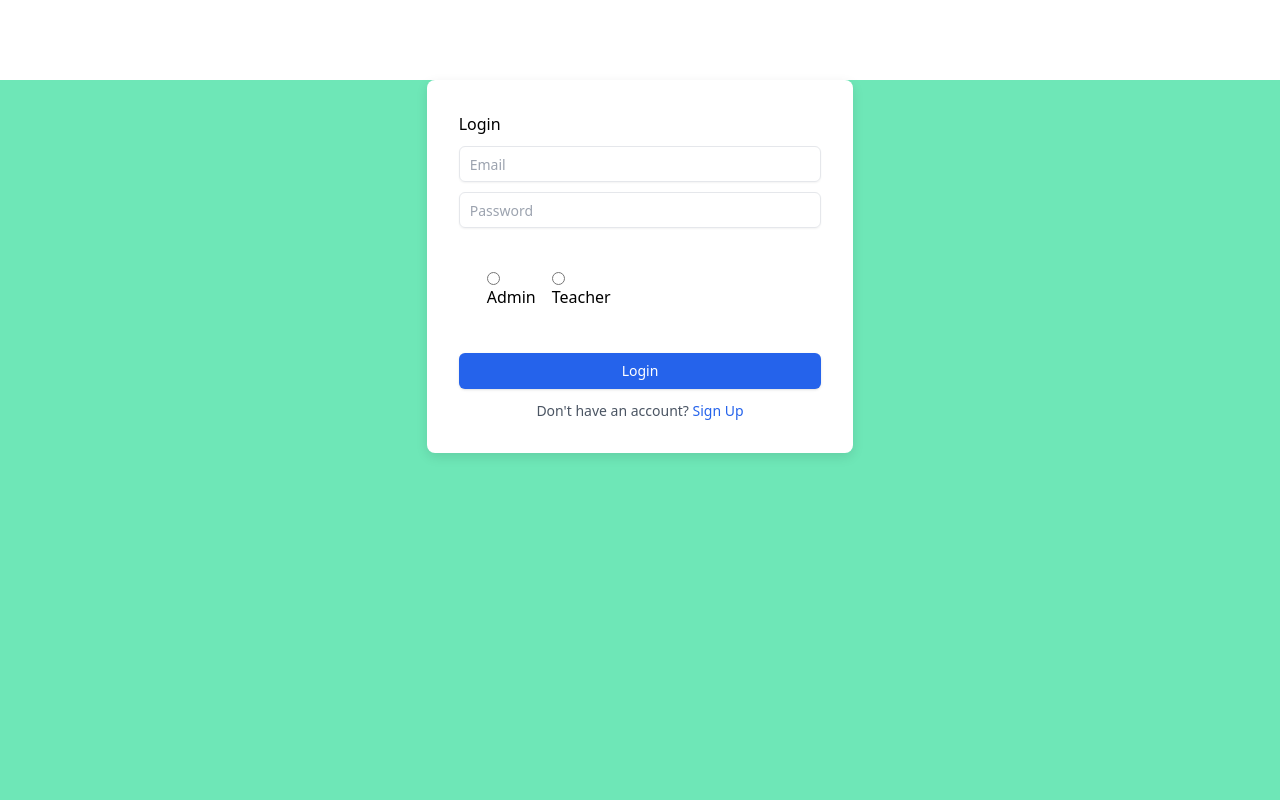
Repository: Haseeb467/Faculty-Online-data
Page: /
The author's editor kept a copy of each file at every save. The page is drawn from the files as they stood at one save, then again after the next save.
The browser window is 1280 px wide. The pictures show the whole page.
The project was rebuilt for these pictures with package versions that can differ from the ones it lists, and the page was loaded fresh each time. Also part of the build but not shown: vite.config.ts, src/Components/Sidebar.tsx, src/Admin/EditTeacher/EditTeacher.tsx, src/Pages/mainPage/MainPageItems.tsx, src/Components/Loader.css, src/Components/Hourglass.tsx, src/Components/NavBar.tsx, src/Components/AdminLayout.tsx and 12 more.

Above is the page before, as saved 2024-12-29 15:04:08.

After the next save:
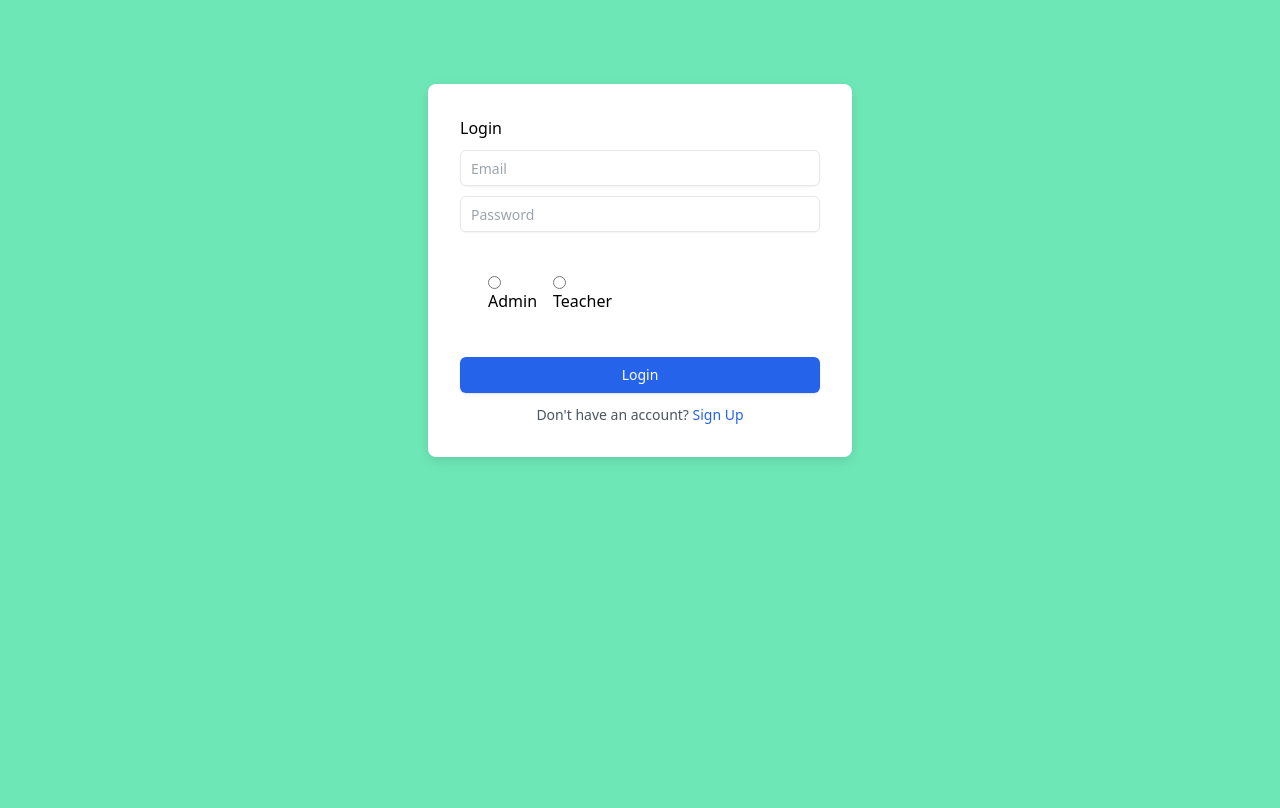
Saved 19 s later.
--- a/src/App.tsx
+++ b/src/App.tsx
@@ -21,7 +21,7 @@ import TeacherEdit from './Teacher/TeacherEdit';
 
 function App() {
   return (
-    <div className='bg-emerald-300 h-screen ' >
+    <div className='bg-emerald-300  p-1' >
       <ToastContainer />
       <AuthProvider >
         <Routes>
